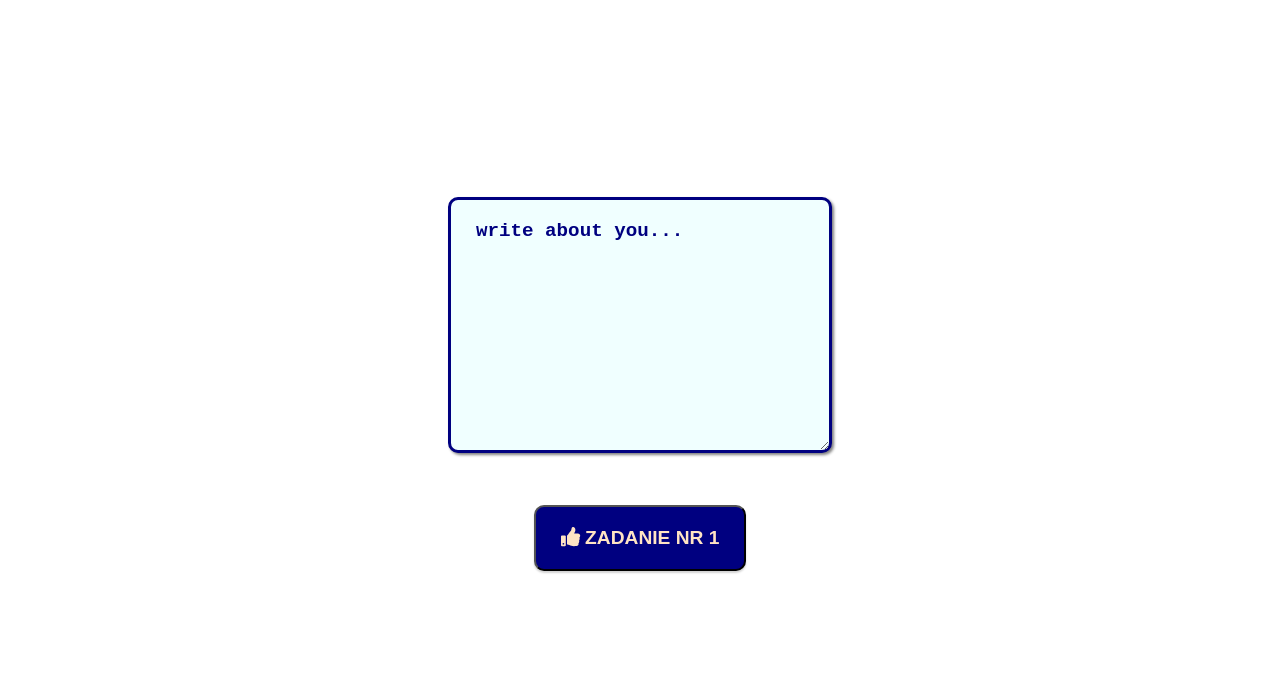
Repository: KrzysKolo/sr_tydzien3_zad_1_2_3
Page: /
The author's editor kept a copy of each file at every save. The page is drawn from the files as they stood at one save, then again after the next save.
The browser window is 1280 px wide. The pictures show the whole page.
The project was rebuilt for these pictures with package versions that can differ from the ones it lists, and the page was loaded fresh each time.

Above is the page before, as saved 2020-11-02 17:02:43.

### src/App.js
import React,  { Component } from 'react';
import Button from './components/Form/Button';
import Textarea from './components/Form/Textarea';
import { faThumbsUp } from "@fortawesome/free-solid-svg-icons";
import './App.css';

class App extends Component {
  state = {  }

  render() {

    return (
      <div className="app">
        <Textarea bgColor="azure" color="navy" borderSize="3px" borderRadius="10px" borderColor="navy" value="write about you..." />
        <Button  bgColor="navy" color="bisque" label="Zadanie nr 1" icon={faThumbsUp}/>
      </div>
     );
  }
}

export default App;

### src/components/Form/Button.js
import React from 'react';
import styled from 'styled-components';
import { FontAwesomeIcon } from '@fortawesome/react-fontawesome';
import { faAngellist } from '@fortawesome/free-brands-svg-icons';

const Button = ({label, color, bgColor, icon}) => {
    const Button = styled.button`
    background-color: ${[bgColor]};
    border-radius: 10px;
    box-shadow: 0px 2px 2px lightgray;
    color: ${[color]};
    cursor: pointer;
    font-weight: bold;
    font-size: 1.2rem;
    outline: 0;
    padding: 20px 25px;
    text-transform: uppercase;
    transition: ease background-color, color 0.6s;
    &:hover {
        background-color: ${[color]};
        color: ${[bgColor]};
    }
    `;
    return (

        <div>
            <Button >
                <FontAwesomeIcon icon={icon} /> {label}
            </Button>
        </div>
     );
}
Button.defaultProps = {
    bgColor: "#1B1464",
    color: "#FFC312",
    label: "Click me",
    icon: faAngellist,
}

export default Button;

### src/components/Form/Textarea.js
import React from 'react';
import styled from 'styled-components';


const Textarea = ({value, color, bgColor, borderSize, borderRadius, borderColor}) => {
    const Textarea = styled.textarea`
    background-color: ${bgColor};
    border-radius: ${borderRadius};
    border: ${borderSize} solid ${borderColor};;
    box-shadow: 2px 2px 3px grey;
    color: ${color};
    font-weight: bold;
    font-size: 1.2rem;
    height: 20vw;
    margin: 3rem auto;
    outline: 0;
    padding: 20px 25px;
    width: 30vw;
    `;
    return (

        <div>
            <Textarea value={ value }/>
        </div>
     );
}
Textarea.defaultProps = {
    bgColor: "beige",
    border: "3px solid olive",
    borderRadius: "15px",
    color: "midnightblue",
    value: "write...",
    }

export default Textarea;

### src/App.css
* {
  padding: 0;
  margin: 0;
  box-sizing: border-box;
}
.app {
  display: flex;
  flex-direction: column;
  justify-content: center;
  align-items: center;
  height: 100vh;
}

### src/components/Form/Input.js
import React from 'react';
import styled from 'styled-components';


const Input = ({value, color, bgColor, borderSize, borderRadius, borderColor}) => {
    const Input = styled.input`
    background-color: ${bgColor};
    border-radius: ${borderRadius};
    border: ${borderSize} solid ${borderColor};;
    box-shadow: 2px 2px 3px grey;
    color: ${color};
    font-weight: bold;
    font-size: 1.2rem;
    height: 5vw;
    margin: 3rem auto;
    outline: 0;
    padding: 20px 25px;
    width: 30vw;
    `;
    return (

        <div>
            <Input value={ value }/>
        </div>
     );
}
Input.defaultProps = {
    bgColor: "beige",
    border: "3px solid olive",
    borderRadius: "15px",
    color: "midnightblue",
    value: "write...",
    }

export default Input;

Loaded but not shown: public/index.html (common file); src/index.js (common file); src/index.css (common file)

After the next save:
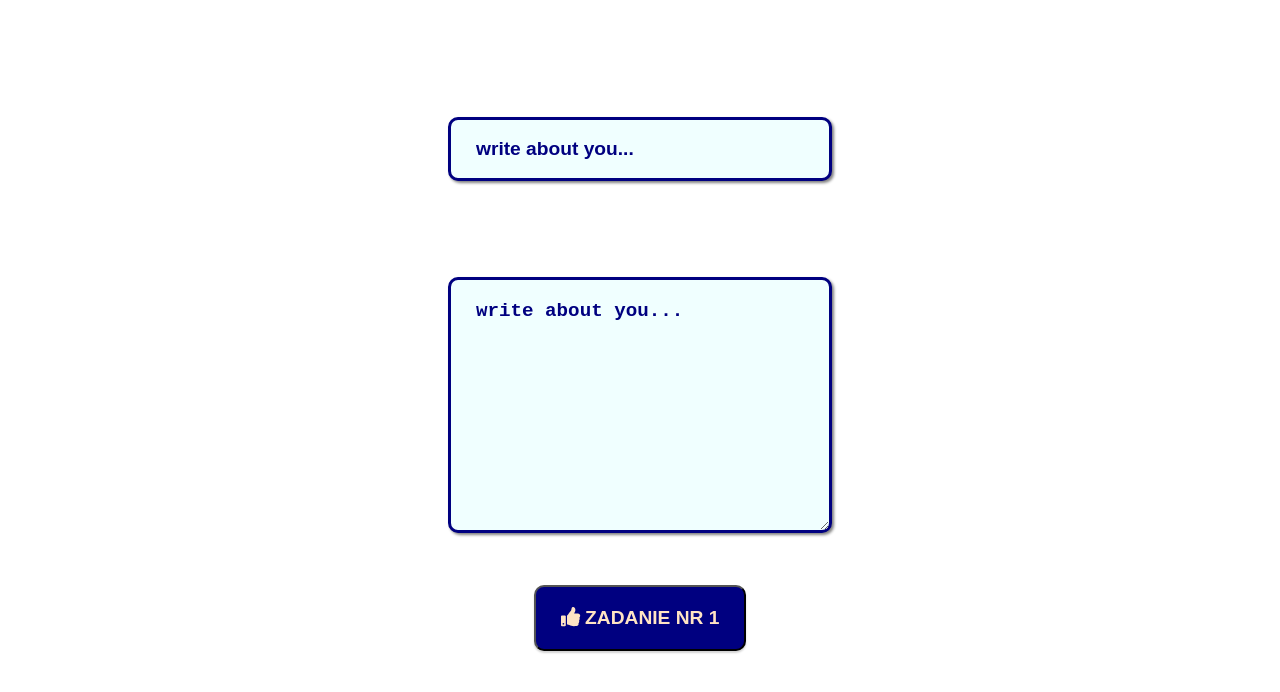
Saved 33 s later.
--- a/src/App.js
+++ b/src/App.js
@@ -1,6 +1,7 @@
 import React,  { Component } from 'react';
 import Button from './components/Form/Button';
 import Textarea from './components/Form/Textarea';
+import Input from './components/Form/Input';
 import { faThumbsUp } from "@fortawesome/free-solid-svg-icons";
 import './App.css';
 
@@ -11,6 +12,7 @@ class App extends Component {
 
     return (
       <div className="app">
+        <Input bgColor="azure" color="navy" borderSize="3px" borderRadius="10px" borderColor="navy" value="write about you..." />
         <Textarea bgColor="azure" color="navy" borderSize="3px" borderRadius="10px" borderColor="navy" value="write about you..." />
         <Button  bgColor="navy" color="bisque" label="Zadanie nr 1" icon={faThumbsUp}/>
       </div>
